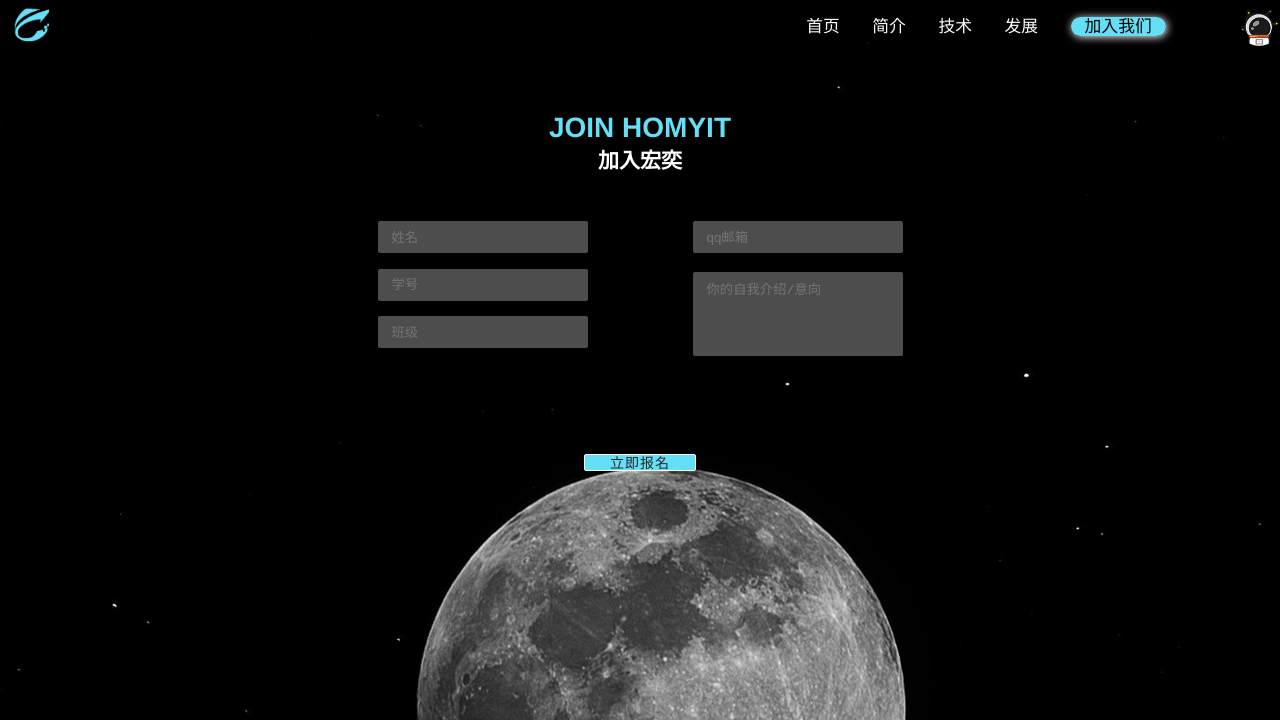
Repository: Homyit20/website
Page: /#/login
An editor plug-in stored every save of this project. The page is shown before and after the next save, followed by the edit.
The browser window is 1280 px wide. The pictures show the whole page.
The project was rebuilt for these pictures with package versions that can differ from the ones it lists, and the page was loaded fresh each time. Also part of the build but not shown: vue.config.js.

Above is the page before, as saved 2021-08-11 10:32:29.

After the next save:
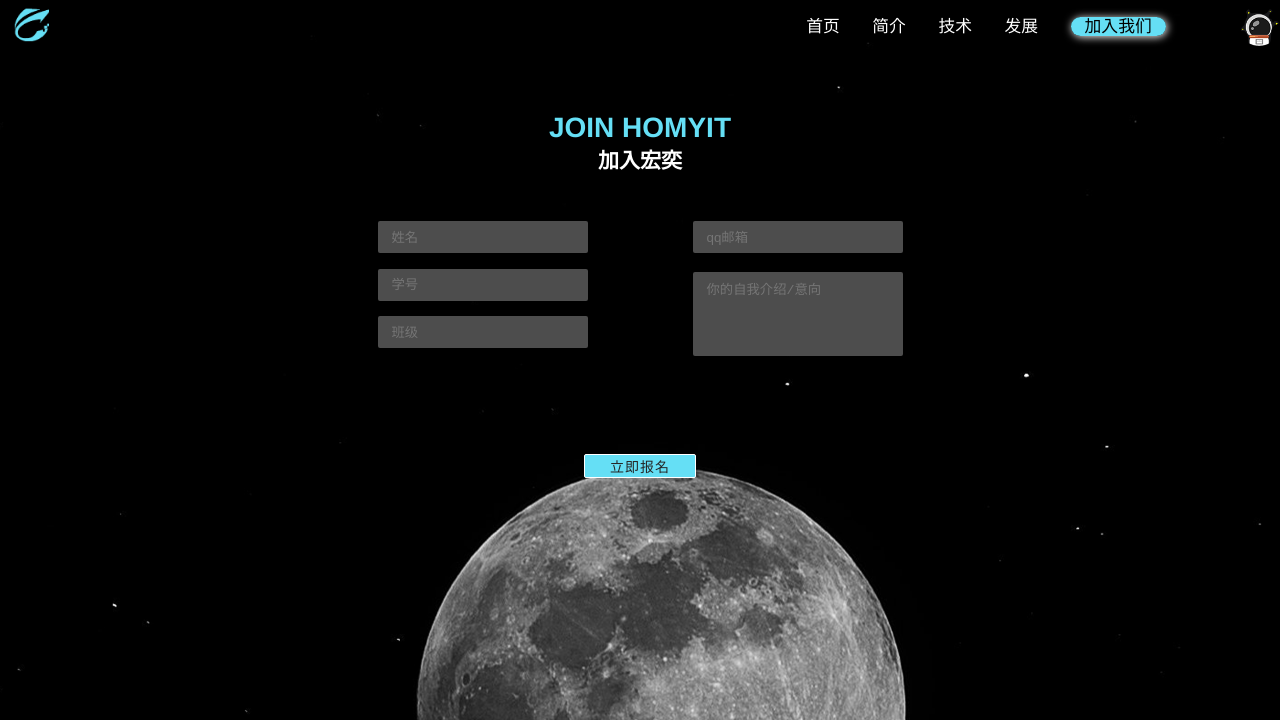
Saved 8 s later.
--- a/src/components/content/loginform.vue
+++ b/src/components/content/loginform.vue
@@ -313,7 +313,7 @@ export default {
   border: 1px solid #fff;
   border-radius: 2px;
   width: 8rem;
-  height: 1.2rem;
+  height: 1.7rem;
   margin-top: 7rem;
   color: #fff;
   text-transform: uppercase;
